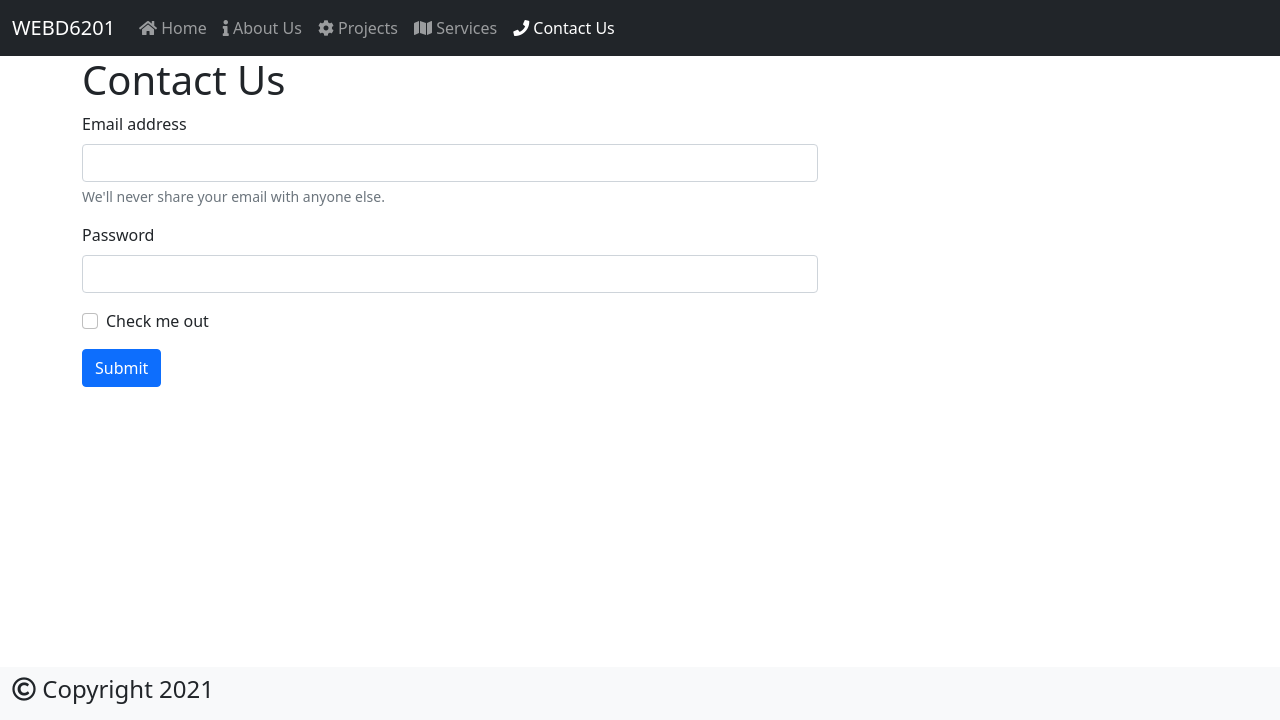
Repository: spencernewellevans/WEBD6201-ICE01
Page: contact.html
The author's editor kept a copy of each file at every save. The page is drawn from the files as they stood at one save, then again after the next save.
The browser window is 1280 px wide. The pictures show the whole page.

Above is the page before, as saved 2021-01-22 19:30:36.

After the next save:
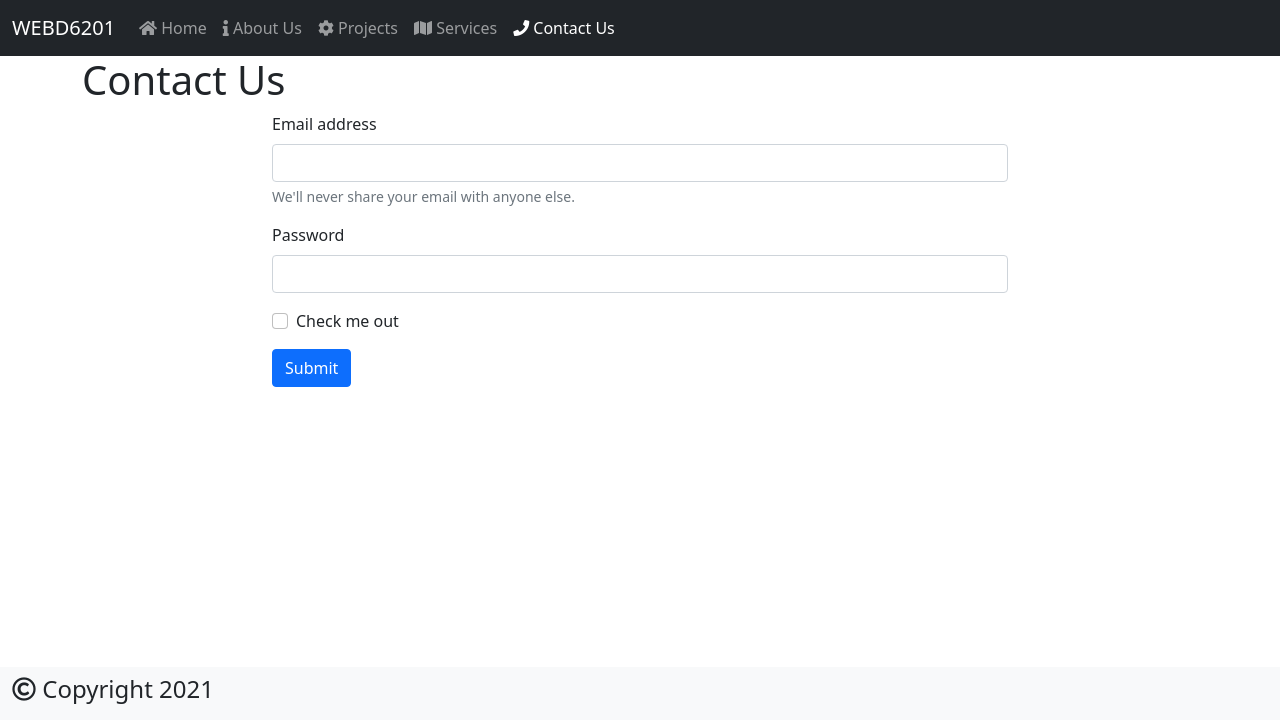
Saved 70 s later.
--- a/contact.html
+++ b/contact.html
@@ -50,7 +50,7 @@
     <main class="container">
         <h1>Contact Us</h1>
 
-        <div class="row">
+        <div class="row justify-content-md-center">
           <form class="col-8">
 
             <div class="mb-3">
